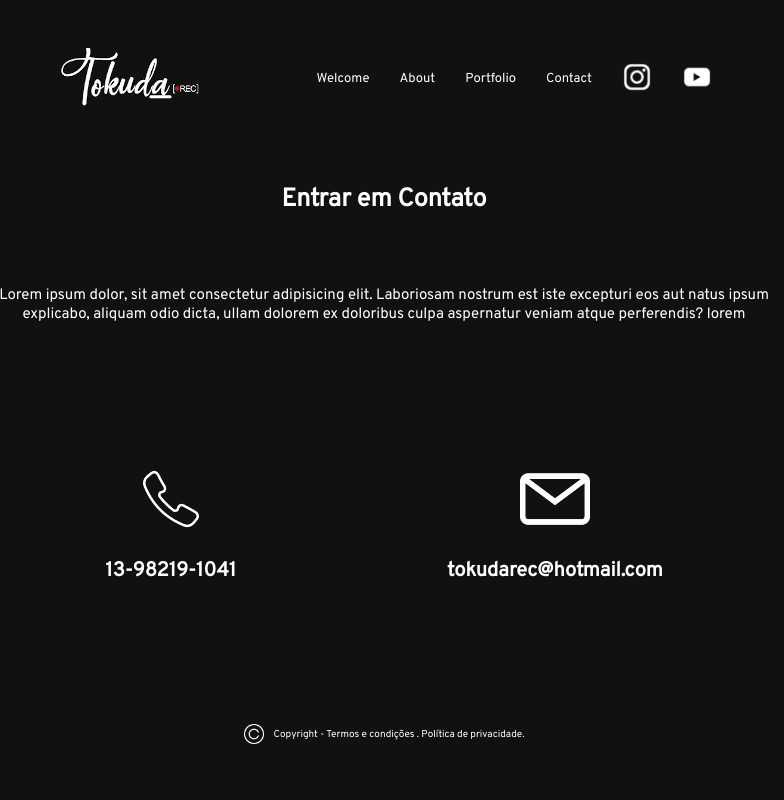
Repository: Lucasbeze/Project-FilmMaker
Page: projeto-alex/pages/contact.html
These files come from the project's save history. The page is drawn as it stood at one moment and after the next save; the edit follows.
The browser window is 768 px wide. The page is 784 px wide, then 768 px, so the pictures cover 784 px, including what lies to the right of the window. The pictures show the whole page.

Above is the page before, as saved 2022-08-26 16:45:24.

### projeto-alex/pages/contact.html
<!DOCTYPE html>
<html lang="pt-br">
<head>
  <meta charset="UTF-8">
  <meta http-equiv="X-UA-Compatible" content="IE=edge">
  <meta name="viewport" content="width=device-width, initial-scale=1.0">
  <title>Contact</title>
  <link rel="stylesheet" href="/css/contact.css">
  <link rel="shortcut icon" href="../imagens/faviconlogo.png" type="image/x-icon">
</head>
<body>
  <header>
    <a href="/"><img src="../imagens/logonovo.png" alt="logo-alextokuda"></a>
    <nav>
      <a href="/">Welcome</a>
      <a href="/about">About</a>
      <a href="/portfolio">Portfolio</a>
      <a href="/contact">Contact</a>
      <a href="https://www.instagram.com/" target="_blank"><img src="../imagens/instagram.png" alt="icon-instagram"></a>
      <a href="https://www.youtube.com/" target="_blank"><img src="../imagens/youtube.png" alt="icon-youtube"></a>
    </nav>
  </header>
  <main>
    <div class="main-page">
      <h1>Entrar em Contato</h1>
      <p>Lorem ipsum dolor, sit amet consectetur adipisicing elit. Laboriosam nostrum est iste excepturi eos aut natus ipsum explicabo, aliquam odio dicta, ullam dolorem ex doloribus culpa aspernatur veniam atque perferendis? lorem</p>
    </div>


    <div class="tel-mail">
      <div class="tel">
          <img src="../imagens/telefone (1).png" alt="icon-telefone">
          <h1>13-98219-1041</h1>

        </div>

        <div class="mail">

          <img src="../imagens/o-email.png" alt="icone-meial">
          <h1>tokudarec@hotmail.com</h1>
        </div>
    </div>


  </main>
  <footer>
    <img src="../imagens/copyright.png" alt="copyright-icon">
    <p>Copyright - Termos e condições . Política de privacidade. </p>
  </footer>

### projeto-alex/css/contact.css
@import url('https://fonts.googleapis.com/css2?family=Overpass&display=swap');

*{
  margin:0;
  padding:0;
  box-sizing:border-box;
}
:root {
  --main-bg-color:#111111;
  --text-color:#FFFFFF;
  --ff-text:'Overpass', sans-serif;
  --color-button: #D9D9D9;
  --color-butttonh:#afafaf ;
  font-size: 62.5%;
}
body{
  background-color:var(--main-bg-color);
  font-family:'Overpass', sans-serif;;
}
header{
  margin-top: 4.4rem;
  display: flex;
  align-items: center;
  justify-content: space-around;

}
header nav{
  font-size: 1.3rem;
  display: flex;
  align-items:center;
  gap: 30px;
}
header nav a {
  text-decoration: none;
  color:var(--text-color);
}
header nav img {
  width: 30px;
}
main {
  text-align: center;
}
.main-page {
  display: flex;
  align-items: center;
  flex-direction: column;
  justify-content: center;
}
.main-page h1 {
  margin-top:7rem;
  color: var(--text-color);
  font-size: 2.5rem;
}
.main-page p {
  width: 80rem;
  margin-top: 7rem;
  color: var(--text-color);
  font-size: 1.5rem;
}
.tel-mail {
  margin:14rem auto ;
  color: var(--text-color);
  display: flex;
  justify-content: space-around;
  align-items: center;
}
.tel img{
  margin-bottom: 2rem;
  width: 7rem;
}
.mail img{
  margin-bottom: 2rem;
  width: 7rem;
}
footer{
  margin-top: 6rem;
  display:flex;
  align-items: center;
  justify-content: center;
  align-content: center;
  gap: 1rem;
  color: var(--text-color);
}
footer img{
  width:20px;
}
@media(max-width: 1000px) {
  .main-page p {
    width: 80rem;
    margin-top: 7rem;
    color: var(--text-color);
    font-size: 1.5rem;
  }
}

After the next save:
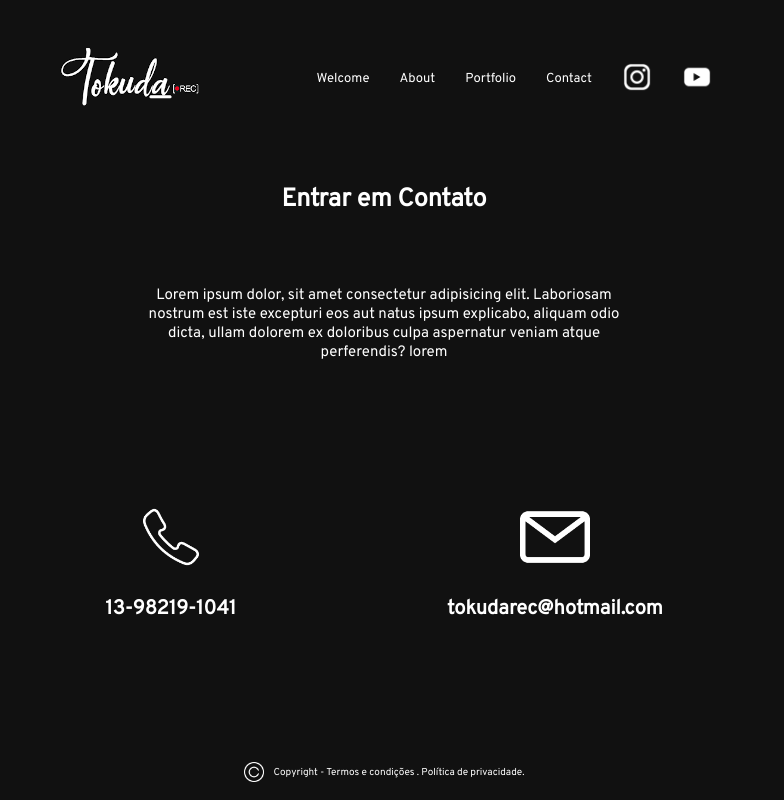
Saved 9 s later.
--- a/projeto-alex/css/contact.css
+++ b/projeto-alex/css/contact.css
@@ -86,7 +86,7 @@ footer img{
 }
 @media(max-width: 1000px) {
   .main-page p {
-    width: 80rem;
+    width: 50rem;
     margin-top: 7rem;
     color: var(--text-color);
     font-size: 1.5rem;
